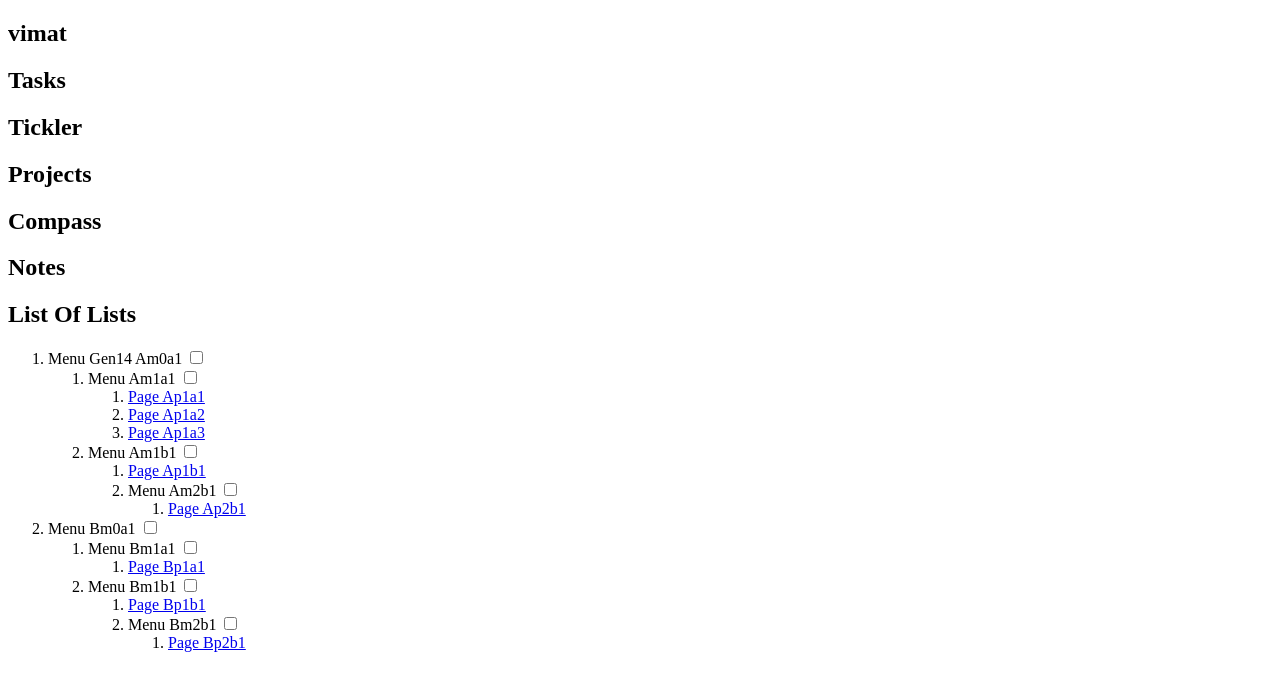
Repository: azwarners/vimat
Page: VIMAT/index.html
The author's editor kept a record of every edit. The page is drawn from the files as they stood at one moment, then again after the next edit.
The browser window is 1280 px wide. The pictures show the whole page.

Above is the page before.
Console error: ReferenceError: createNS is not defined

### VIMAT/index.html
<!DOCTYPE html>

<!--
	******************************************************************
	 Copyright 2013 Nicholas Warner

	 This file is part of vimat.

    vimat is free software: you can redistribute it and/or modify
    it under the terms of the GNU General Public License as published by
    the Free Software Foundation, either version 3 of the License, or
    (at your option) any later version.

    vimat is distributed in the hope that it will be useful,
    but WITHOUT ANY WARRANTY; without even the implied warranty of
    MERCHANTABILITY or FITNESS FOR A PARTICULAR PURPOSE.  See the
    GNU General Public License for more details.

    You should have received a copy of the GNU General Public License
    along with vimat.  If not, see <http://www.gnu.org/licenses/>.
	******************************************************************
-->

<html>
  <head>
    <title>vimat</title>
      <meta name="viewport" content="width=min-width" maximum-scale="1.0" />
      <link rel="icon" type="image/png" href="resources/rosiefavicon.png">
      <link rel="stylesheet" type="text/css" href="vimat.css">
  </head>
  <body onload="initialize()" id="body">
    <section class="tool">
      <h1>vimat</h1>
    </section>

    <section class="tool">
      <h2 onclick="taskListModuleHeaderClicked()">Tasks</h2>
      <div id="taskListModuleTool"></div>
    </section>

    <section class="tool">
      <h2 onclick="ticklerHeaderClicked()">Tickler</h2>
      <div id="ticklerTool"></div>
    </section>

    <section class="tool">
      <h2 onclick="projectsHeaderClicked()">Projects</h2>
      <div id="projectsTool"></div>
    </section>

    <section class="tool">
      <h2 onclick="compassHeaderClicked()">Compass</h2>
      <div id="compassTool"></div>
    </section>

    <section class="tool">
      <h2 onclick="notesHeaderClicked()">Notes</h2>
      <div id="notesTool"></div>
    </section>

    <section class="tool">
      <h2 onclick="listOfListsHeaderClicked()">List Of Lists</h2>
      <div id="listOfListsTool"></div>
    </section>

    <ol class="menutree">
      <li>
        <label class="menu_label" for="c1">Menu Gen14 Am0a1</label>
        <input type="checkbox" id="c1" /> <!-- input must follow label for safari -->
        <ol>
          <li>
            <label for="c2" class="menu_label">Menu Am1a1</label>
            <input type="checkbox" id="c2" />
            <ol>
              <li class="page"><a href="#">Page Ap1a1</a></li>
              <li class="page"><a href="#">Page Ap1a2</a></li>
              <li class="page"><a href="#">Page Ap1a3</a></li>
            </ol>
          </li>
          <li>
            <label for="c3" class="menu_label">Menu Am1b1</label>
            <input type="checkbox" id="c3" />
            <ol>
              <li class="page"><a href="#">Page Ap1b1</a></li>
              <li>
                <label for="c4" class="menu_label">Menu Am2b1 </label>
                <input type="checkbox" id="c4" />
                <ol>
                  <li class="page"><a href="#">Page Ap2b1</a></li>
                </ol>
              </li>
            </ol>
          </li>
        </ol>
      </li>
      <li>
        <label class="menu_label" for="c5">Menu Bm0a1</label>
        <input type="checkbox" id="c5" />
        <ol>
          <li>
            <label for="c6" class="menu_label">Menu Bm1a1</label>
            <input type="checkbox" id="c6" />
            <ol>
              <li class="page"><a href="#">Page Bp1a1</a></li>
            </ol>
          </li>
          <li>
            <label for="c7" class="menu_label">Menu Bm1b1</label>
            <input type="checkbox" id="c7" />
            <ol>
              <li class="page"><a href="#">Page Bp1b1</a></li>
              <li>
                <label for="c8" class="menu_label">Menu Bm2b1</label>
                <input type="checkbox" id="c8" />
                <ol>
                  <li class="page"><a href="#">Page Bp2b1</a></li>
                </ol>
              </li>
            </ol>
          </li>
        </ol>
      </li>
    </ol>


        <script src="js/utilities.js"></script>
        <script src="js/settings.js"></script>
        <script src="js/controller.js"></script>
        <script src="vimat.js"></script>
        <script src="js/model.js"></script>
        <script src="htm/htm.js"></script>
        <script src="js/view.js"></script>
        <script src="js/db.js"></script>

    </body>

</html>

### VIMAT/js/settings.js
/*
	******************************************************************
	 Copyright 2013 Nicholas Warner

	 This file is part of vimat.

    vimat is free software: you can redistribute it and/or modify
    it under the terms of the GNU General Public License as published by
    the Free Software Foundation, either version 3 of the License, or
    (at your option) any later version.

    vimat is distributed in the hope that it will be useful,
    but WITHOUT ANY WARRANTY; without even the implied warranty of
    MERCHANTABILITY or FITNESS FOR A PARTICULAR PURPOSE.  See the
    GNU General Public License for more details.

    You should have received a copy of the GNU General Public License
    along with vimat.  If not, see <http://www.gnu.org/licenses/>.
	******************************************************************
*/

// Root Namespace
var VIMAT = VIMAT || {};

// Create the namespace for the task list
createNS("VIMAT.SETTINGS");

VIMAT.SETTINGS.general = ( function () {
    // private variables
    var taskListIsDisplayed = false;

    // private methods
    var getTaskListIsDisplayed = function(){
        return taskListIsDisplayed;
    };
    var setTaskListIsDisplayed = function(t){
        taskListIsDisplayed = t;
    };
    // public API
    return {
        getTaskListIsDisplayed: getTaskListIsDisplayed,
        setTaskListIsDisplayed: setTaskListIsDisplayed
    };
}) ();

### VIMAT/js/controller.js
/*
	******************************************************************
	 Copyright 2013 Nicholas Warner

	 This file is part of vimat.

    vimat is free software: you can redistribute it and/or modify
    it under the terms of the GNU General Public License as published by
    the Free Software Foundation, either version 3 of the License, or
    (at your option) any later version.

    vimat is distributed in the hope that it will be useful,
    but WITHOUT ANY WARRANTY; without even the implied warranty of
    MERCHANTABILITY or FITNESS FOR A PARTICULAR PURPOSE.  See the
    GNU General Public License for more details.

    You should have received a copy of the GNU General Public License
    along with vimat.  If not, see <http://www.gnu.org/licenses/>.
	******************************************************************
*/

// Root Namespace
var VIMAT = VIMAT || {};

// Create the namespace for the task list
createNS("VIMAT.CONTROLLER");

VIMAT.CONTROLLER.taskList = (function () {
    // private variables

    // private methods

   // public API
    return {
        taskListClicked: function(){
            alert('were in VIMAT.CONTROLLER.taskListClicked');
            if (VIMAT.SETTINGS.gettaskListIsDisplayed()) {
                VIMAT.VIEW.taskList.hideTaskList();
            }
            else {
                VIMAT.VIEW.taskList.displayTaskList();
                // displayTaskList();
            }
        }
    };
}) ();

### VIMAT/vimat.js
/*
	******************************************************************
	 Copyright 2013 Nicholas Warner

	 This file is part of vimat.

    vimat is free software: you can redistribute it and/or modify
    it under the terms of the GNU General Public License as published by
    the Free Software Foundation, either version 3 of the License, or
    (at your option) any later version.

    vimat is distributed in the hope that it will be useful,
    but WITHOUT ANY WARRANTY; without even the implied warranty of
    MERCHANTABILITY or FITNESS FOR A PARTICULAR PURPOSE.  See the
    GNU General Public License for more details.

    You should have received a copy of the GNU General Public License
    along with vimat.  If not, see <http://www.gnu.org/licenses/>.
	******************************************************************
*/

var VIMAT = VIMAT || {};

/*
This file is a facade for 'js/controller.js'
This is essentially a file containing the functions for a large
    and growing list of onclick attributes defined in the html
    tags located in index.html and htm/htm.js.
This file may disappear or change as I learn how to implement
    event handlers. According to most of the textbooks, onclick
    in the markup is bad, but click event handler in the script
    is good. It seems to me that either way you have a little bit
    of bleeding between the presentation layer and the logic
    layer. I will, however, eventually follow convention.
*/

VIMAT.namespace("VIMAT.CONTROLLER");

function initialize(){
    VIMAT.CONTROLLER.initialize();
}

// Task List Old
function taskListHeaderClicked() {
    VIMAT.CONTROLLER.taskListHeaderClicked();
}
function stringifyTasks() {
    VIMAT.CONTROLLER.stringifyTasks();
}
function addTaskButtonClicked() {
    VIMAT.CONTROLLER.addTaskButtonClicked();
}
function checkBoxChanged(e) {
    VIMAT.CONTROLLER.checkBoxChanged(e);
}
function newTaskButtonClicked(){
    VIMAT.CONTROLLER.newTaskButtonClicked();
}
function clearCompletedButtonClicked() {
    VIMAT.CONTROLLER.clearCompletedButtonClicked();
}
function moveToProjectButtonClicked() {
    VIMAT.CONTROLLER.moveToProjectButtonClicked();
}
function taskClicked(e) {
    VIMAT.CONTROLLER.taskClicked(e);
}
function editTaskButtonClicked() {
    VIMAT.CONTROLLER.editTaskButtonClicked();
}

// Task List Module New
function taskListModuleHeaderClicked() {
    VIMAT.CONTROLLER.taskListModuleHeaderClicked();
}
function textExportClicked() {
    VIMAT.CONTROLLER.textExportClicked();
}
function newTaskClicked(){
    VIMAT.CONTROLLER.newTaskClicked();
}
function clearCompletedClicked() {
    VIMAT.CONTROLLER.clearCompletedClicked();
}
function moveToProjectClicked() {
    VIMAT.CONTROLLER.moveToProjectClicked();
}
function addTaskClicked() {
    VIMAT.CONTROLLER.addTaskClicked();
}
// function checkBoxChanged(e) {
//     VIMAT.CONTROLLER.checkBoxChanged(e);
// }
// function taskClicked(e) {
//     VIMAT.CONTROLLER.taskClicked(e);
// }
// function editTaskButtonClicked() {
//     VIMAT.CONTROLLER.editTaskButtonClicked();
// }

// Tickler
function ticklerHeaderClicked() {
    VIMAT.CONTROLLER.ticklerHeaderClicked();
}

// Compass
function compassHeaderClicked() {
    VIMAT.CONTROLLER.compassHeaderClicked();
}

// Time Tracker
function punchIn(e) {
    VIMAT.CONTROLLER.punchIn(e);
}
function punchOut(e) {
    VIMAT.CONTROLLER.punchOut(e);
}

// Notes
function notesHeaderClicked() {
    VIMAT.CONTROLLER.notesHeaderClicked();
}
function newNoteButtonClicked(){
    VIMAT.CONTROLLER.newNoteButtonClicked();
}
function addNoteButtonClicked() {
    VIMAT.CONTROLLER.addNoteButtonClicked();
}

// Project List
function projectsHeaderClicked() {
    VIMAT.CONTROLLER.projectsHeaderClicked();
}
function addProjectButtonClicked() {
    VIMAT.CONTROLLER.addProjectButtonClicked();
}
function newProjectButtonClicked(){
    VIMAT.CONTROLLER.newProjectButtonClicked();
}

// calendar
function calendarHeaderClicked() {
    VIMAT.CONTROLLER.calendarHeaderClicked();
}

// List of Lists
function listOfListsHeaderClicked() {
    VIMAT.CONTROLLER.listOfListsHeaderClicked();
}
function listItemCheckBoxChanged(e) {
    VIMAT.CONTROLLER.listItemCheckBoxChanged(e);
}
function newListButtonClicked() {
    VIMAT.CONTROLLER.newListButtonClicked();
}
function newItemButtonClicked() {
    VIMAT.CONTROLLER.newItemButtonClicked();
}
function currentListChanged() {
    VIMAT.CONTROLLER.currentListChanged();
}

### VIMAT/js/model.js
/*
	******************************************************************
	 Copyright 2013 Nicholas Warner

	 This file is part of vimat.

    vimat is free software: you can redistribute it and/or modify
    it under the terms of the GNU General Public License as published by
    the Free Software Foundation, either version 3 of the License, or
    (at your option) any later version.

    vimat is distributed in the hope that it will be useful,
    but WITHOUT ANY WARRANTY; without even the implied warranty of
    MERCHANTABILITY or FITNESS FOR A PARTICULAR PURPOSE.  See the
    GNU General Public License for more details.

    You should have received a copy of the GNU General Public License
    along with vimat.  If not, see <http://www.gnu.org/licenses/>.
	******************************************************************
*/

// Root Namespace
var VIMAT = VIMAT || {};

// Create the namespace for the data model
VIMAT.createNS("VIMAT.MODEL");

VIMAT.MODEL.Task = function(descr){
    // private variables

    var id              = 0,        // id will be assigned by a settings module (nextID)
        description     = descr,       // string describing the task
        finished        = false,    // boolean that is true when the task is completed
        dueDate         = '',       // string containing JSON Date for the due date
        context         = '',       // string for context (popular convention is to begin with '@')
        priority        = '',       // string for priority (importance)
        urgency         = '',       // string for urgency (how high is the fire to fight)
        repeating       = false,    // boolean telling whether or not the task repeats
        dueOrCompletion = 'd',      // string telling whether it repeats from due date ('d') or completion date ('c')
        repeatInterval  = 'd',      // string providing the repeating interval ('d', 'w', 'm', 'y')
        repeatFrequency = 1;        // number telling how many days, weeks, months or years pass before repeating

    // private methods
    var getId = function(){
        return id;
    };
    var getDescription = function(){
        return description;
    };
    var getFinished = function(){
        return finished;
    };
    var getDueDate = function(){
        return dueDate;
    };
    var getContext = function(){
        return context;
    };
    var getPriority = function(){
        return priority;
    };
    var getUrgency = function(){
        return urgency;
    };
    var getRepeating = function(){
        return repeating;
    };
    var getDueOrCompletion = function(){
        return dueOrCompletion;
    };
    var getRepeatInterval = function(){
        return repeatInterval;
    };
    var getRepeatFrequency = function(){
        return repeatFrequency;
    };

    // public API
    return {
        getId               : getId,
        getDescription      : getDescription,
        getFinished         : getFinished,
        getDueDate          : getDueDate,
        getContext          : getContext,
        getPriority         : getPriority,
        getUrgency          : getUrgency,
        getRepeating        : getRepeating,
        getDueOrCompletion  : getDueOrCompletion,
        getRepeatInterval   : getRepeatInterval,
        getRepeatFrequency  : getRepeatFrequency
    };
};

Loaded but not shown: VIMAT/js/view.js (204 lines, source omitted); VIMAT/htm/htm.js (no copy from this time; the picture is the same without it); VIMAT/js/db.js (no copy from this time; the picture is the same without it); VIMAT/js/utilities.js (no copy from this time; the picture is the same without it); VIMAT/vimat.css (no stored copy; drawn as an empty file)

After the next edit:
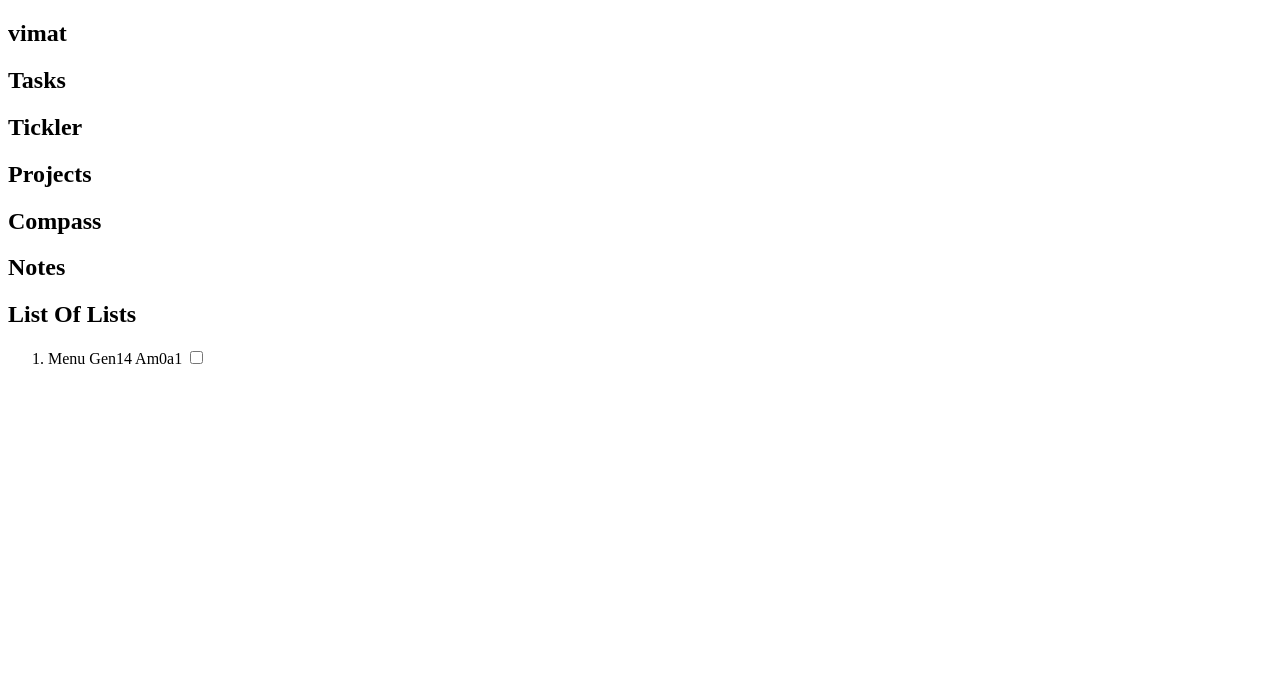
The edit:
--- a/VIMAT/index.html
+++ b/VIMAT/index.html
@@ -63,64 +63,66 @@
       <div id="listOfListsTool"></div>
     </section>
 
+    <!--css tree example -->
     <ol class="menutree">
       <li>
         <label class="menu_label" for="c1">Menu Gen14 Am0a1</label>
-        <input type="checkbox" id="c1" /> <!-- input must follow label for safari -->
-        <ol>
-          <li>
-            <label for="c2" class="menu_label">Menu Am1a1</label>
-            <input type="checkbox" id="c2" />
-            <ol>
-              <li class="page"><a href="#">Page Ap1a1</a></li>
-              <li class="page"><a href="#">Page Ap1a2</a></li>
-              <li class="page"><a href="#">Page Ap1a3</a></li>
-            </ol>
-          </li>
-          <li>
-            <label for="c3" class="menu_label">Menu Am1b1</label>
-            <input type="checkbox" id="c3" />
-            <ol>
-              <li class="page"><a href="#">Page Ap1b1</a></li>
-              <li>
-                <label for="c4" class="menu_label">Menu Am2b1 </label>
-                <input type="checkbox" id="c4" />
-                <ol>
-                  <li class="page"><a href="#">Page Ap2b1</a></li>
-                </ol>
-              </li>
-            </ol>
-          </li>
-        </ol>
-      </li>
-      <li>
-        <label class="menu_label" for="c5">Menu Bm0a1</label>
-        <input type="checkbox" id="c5" />
-        <ol>
-          <li>
-            <label for="c6" class="menu_label">Menu Bm1a1</label>
-            <input type="checkbox" id="c6" />
-            <ol>
-              <li class="page"><a href="#">Page Bp1a1</a></li>
-            </ol>
-          </li>
-          <li>
-            <label for="c7" class="menu_label">Menu Bm1b1</label>
-            <input type="checkbox" id="c7" />
-            <ol>
-              <li class="page"><a href="#">Page Bp1b1</a></li>
-              <li>
-                <label for="c8" class="menu_label">Menu Bm2b1</label>
-                <input type="checkbox" id="c8" />
-                <ol>
-                  <li class="page"><a href="#">Page Bp2b1</a></li>
-                </ol>
-              </li>
-            </ol>
-          </li>
-        </ol>
-      </li>
-    </ol>
+        <input type="checkbox" id="c1" />
+           <!--input must follow label for safari -->
+    <!--    <ol>-->
+    <!--      <li>-->
+    <!--        <label for="c2" class="menu_label">Menu Am1a1</label>-->
+    <!--        <input type="checkbox" id="c2" />-->
+    <!--        <ol>-->
+    <!--          <li class="page"><a href="#">Page Ap1a1</a></li>-->
+    <!--          <li class="page"><a href="#">Page Ap1a2</a></li>-->
+    <!--          <li class="page"><a href="#">Page Ap1a3</a></li>-->
+    <!--        </ol>-->
+    <!--      </li>-->
+    <!--      <li>-->
+    <!--        <label for="c3" class="menu_label">Menu Am1b1</label>-->
+    <!--        <input type="checkbox" id="c3" />-->
+    <!--        <ol>-->
+    <!--          <li class="page"><a href="#">Page Ap1b1</a></li>-->
+    <!--          <li>-->
+    <!--            <label for="c4" class="menu_label">Menu Am2b1 </label>-->
+    <!--            <input type="checkbox" id="c4" />-->
+    <!--            <ol>-->
+    <!--              <li class="page"><a href="#">Page Ap2b1</a></li>-->
+    <!--            </ol>-->
+    <!--          </li>-->
+    <!--        </ol>-->
+    <!--      </li>-->
+    <!--    </ol>-->
+    <!--  </li>-->
+    <!--  <li>-->
+    <!--    <label class="menu_label" for="c5">Menu Bm0a1</label>-->
+    <!--    <input type="checkbox" id="c5" />-->
+    <!--    <ol>-->
+    <!--      <li>-->
+    <!--        <label for="c6" class="menu_label">Menu Bm1a1</label>-->
+    <!--        <input type="checkbox" id="c6" />-->
+    <!--        <ol>-->
+    <!--          <li class="page"><a href="#">Page Bp1a1</a></li>-->
+    <!--        </ol>-->
+    <!--      </li>-->
+    <!--      <li>-->
+    <!--        <label for="c7" class="menu_label">Menu Bm1b1</label>-->
+    <!--        <input type="checkbox" id="c7" />-->
+    <!--        <ol>-->
+    <!--          <li class="page"><a href="#">Page Bp1b1</a></li>-->
+    <!--          <li>-->
+    <!--            <label for="c8" class="menu_label">Menu Bm2b1</label>-->
+    <!--            <input type="checkbox" id="c8" />-->
+    <!--            <ol>-->
+    <!--              <li class="page"><a href="#">Page Bp2b1</a></li>-->
+    <!--            </ol>-->
+    <!--          </li>-->
+    <!--        </ol>-->
+    <!--      </li>-->
+    <!--    </ol>-->
+    <!--  </li>-->
+    <!--</ol>-->
 
 
         <script src="js/utilities.js"></script>
